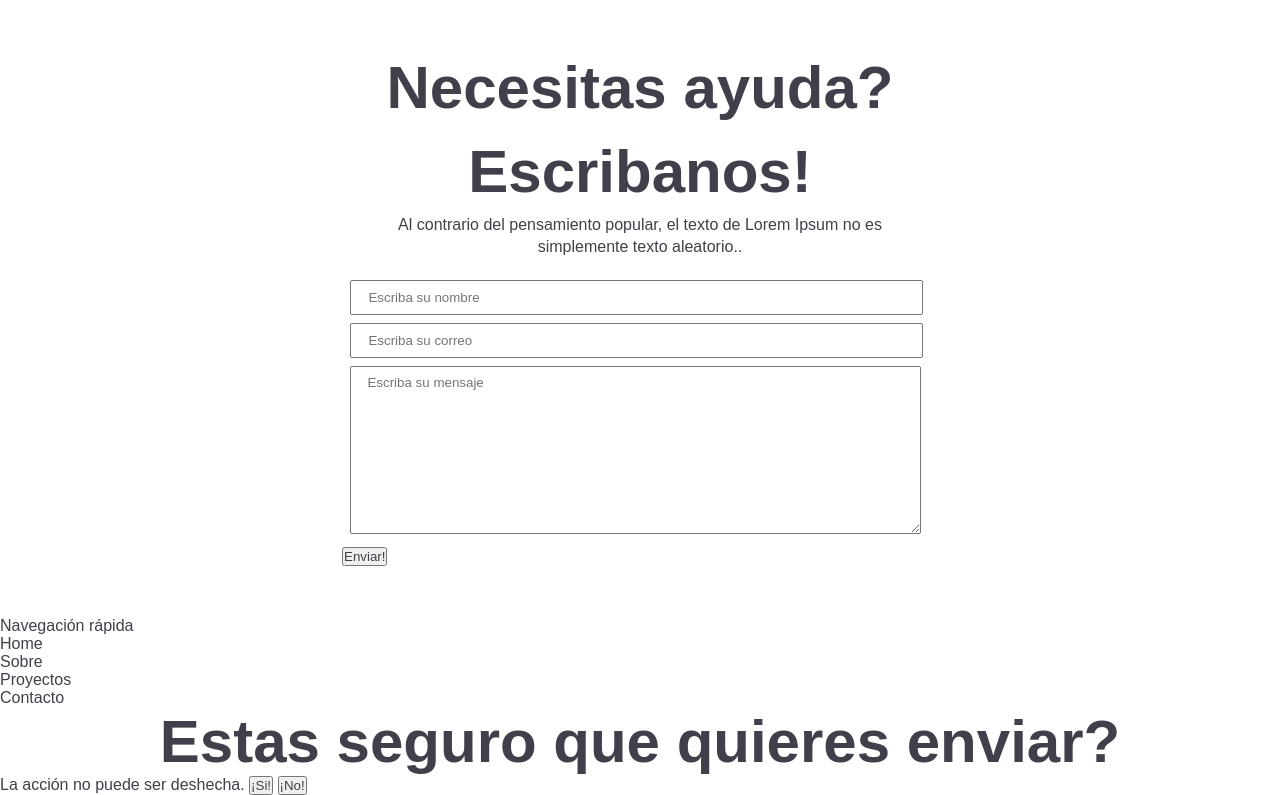
Repository: robsonmarkes/accesibilidad
Page: index.html
An editor plug-in stored every save of this project. The page is shown before and after the next save, followed by the edit.
The browser window is 1280 px wide. The pictures show the part of the page from y = 1369 to 2188 px (the page is 2164 px tall before and 2188 px after).
A picture or video elsewhere on the page could not be fetched, so the positions and the page height are approximate.

Above is the page before, as saved 2022-10-11 10:55:39.

### index.html
<!DOCTYPE html>
<html lang="en">
<head>
    <meta charset="UTF-8">
    <meta http-equiv="X-UA-Compatible" content="IE=edge">
    <meta name="viewport" content="width=device-width, initial-scale=1.0">
    <title>Mi empresa portal</title>
    <link rel="stylesheet" href="style.css">
</head>
<body>
    <!-- wrong way -->
    <div class="wrap">
        <div class="header">
            <a href="http://google.com" class="logo">
                <img src="https://www.pngarts.com/files/3/Logo-PNG-Transparent-Image.png" alt="" srcset="">
            </a>
            <ul>
                <li>
                    <a href="#" target="_blank" rel="noopener noreferrer">Home</a>
                </li>
                <li>
                    <a href="#" target="_blank" rel="noopener noreferrer">Proyectos</a>
                </li>
                <li>
                    <a href="#" target="_blank" rel="noopener noreferrer">Contacto</a>
                </li>
            </ul>
        </div>
        <div class="content">
            <div class="article">
                <h1>Bienvenido!</h1>
                <p>
                    Lorem Ipsum es simplemente el texto de relleno de las imprentas y archivos de texto. Lorem Ipsum ha sido el texto de relleno estándar de las industrias desde el año 1500, cuando un impresor (N. del T. persona que se dedica a la imprenta) desconocido usó una galería de textos y los mezcló de tal manera que logró hacer un libro de textos especimen. No sólo sobrevivió 500 años, sino que tambien ingresó como texto de relleno en documentos electrónicos, quedando esencialmente igual al original. Fue popularizado en los 60s con la creación de las hojas "Letraset", las cuales contenian pasajes de Lorem Ipsum, y más recientemente con software de autoedición, como por ejemplo Aldus PageMaker, el cual incluye versiones de Lorem Ipsum.
                </p>
                <div class="buttons">
                    <button class="primary">Empezar!</button>
                    <button class="secondary">Contacto</button>
                </div>
            </div>
            <hr />
            <div class="article">
                <h1>Nuestra empresa</h1>
                <p>
                    Es un hecho establecido hace demasiado tiempo que un lector se distraerá con el contenido del texto de un sitio mientras que mira su diseño. El punto de usar Lorem Ipsum es que tiene una distribución más o menos normal de las letras, al contrario de usar textos como por ejemplo "Contenido aquí, contenido aquí". Estos textos hacen parecerlo un español que se puede leer. Muchos paquetes de autoedición y editores de páginas web usan el Lorem Ipsum como su texto por defecto, y al hacer una búsqueda de "Lorem Ipsum" va a dar por resultado muchos sitios web que usan este texto si se encuentran en estado de desarrollo. Muchas versiones han evolucionado a través de los años, algunas veces por accidente, otras veces a propósito (por ejemplo insertándole humor y cosas por el estilo).
                </p>
                <img src="https://cdn-dynmedia-1.microsoft.com/is/image/microsoftcorp/O2019-Hero-image-x2:VP1-539x440?resMode=sharp2&op_usm=1.5,0.65,15,0&wid=1920&hei=720&qlt=75&fit=constrain" alt="">
            </div>
            <hr />
            <div class="article">
                <h1>Necesitas ayuda? Escribanos!</h1>
                <p>
                    Al contrario del pensamiento popular, el texto de Lorem Ipsum no es simplemente texto aleatorio..
                </p>
                <form action="">
                    <fieldset>
                        <legend>En formulário de ejemplo</legend>
                        <div class="form-group">
                            <label for="name">nombre:</label>
                            <input type="text" name="name" id="name" placeholder="Escriba su nombre">
                        </div>
                        <div class="form-group">
                            <label for="email">correo:</label>
                            <input type="text" name="email" id="email" placeholder="Escriba su correo">
                        </div>
                        <div class="form-group">
                            <label for="message">mensaje:</label>
                            <textarea name="message" id="message" cols="30" rows="10" placeholder="Escriba su mensaje"></textarea>
                        </div>
                        <button>Enviar!</button>
                    </fieldset>
                </form>
            </div>
        </div>
        <div class="footer">
            <span>Navegación rápida</span>
            <ul>
                <li>
                    <a href="#" target="_blank" rel="noopener noreferrer">Home</a>
                </li>
                <li>
                    <a href="#" target="_blank" rel="noopener noreferrer">Sobre</a>
                </li>
                <li>
                    <a href="#" target="_blank" rel="noopener noreferrer">Proyectos</a>
                </li>
                <li>
                    <a href="#" target="_blank" rel="noopener noreferrer">Contacto</a>
                </li>
            </ul>
        </div>
        <div class="modal">
            <h2 class="title">Estas seguro que quieres enviar?</h2>
            <span>La acción no puede ser deshecha.</span>
            <button>¡Si!</button>
            <button>¡No!</button>
        </div>
    </div>
</body>
</html>

### style.css
:root {
    --primary-bg: rgb(81, 101, 228);
    --primary-color: #fff;
    --secondary-bg: #ffffff;
    --secondary-color: rgb(64, 64, 74);
    --body-bg: rgb(64, 64, 74);
    --transition-time: 0.2s;
  }

body, * {
    margin: 0;
    padding: 0;
    list-style-type: none;
    text-decoration: none;
    font-family:Arial, Helvetica, sans-serif;
    color: var(--secondary-color);
}

body a:hover {
    color: var(--primary-color);
}

.wrap {
    width: 100%;
    height: auto;
    margin: 0 auto;

}

.wrap .header {
    display: flex;
    align-items: center;
    background-color: var(--primary-bg);
}

.wrap .header  img {
    filter: invert(100%);
    height: 64px;
}

.wrap .header ul {
    display: flex;
}
.wrap .header ul li {
    padding: 1rem;
}
.wrap .header a {
    color: var(--primary-color);
}

.wrap .content {
    width: 100%;
    min-width: 400px;
    margin: 0;
}

.wrap .content .article {
    margin: 0 auto;
    padding: 64px 0 48px;
    max-width: 600px;
    line-height: 1.4;
}

.wrap .content .article h1, h2, h3 {
    font-size: 3.75rem;
    padding-bottom: 0.35;
    text-align: center;
}

.wrap .content .article p {
    font-size: 1rem;
    text-align: center;
    padding: 0 1rem 1rem;
}

.wrap .content .article img {
    margin: 0 auto;
    max-width: 100%;
    padding: 1rem;
}

.wrap .content .article .buttons {
    max-width: 220px;
    margin: 0 auto;
    display: flex;
}

.wrap .content .article .buttons button {
    font-size: 1rem;
    padding: 0.5rem 1rem;
    margin: 4px;
    border: 2px solid;
    border-radius: 4px;
    cursor: pointer;
    background-color: transparent;
}

.wrap .content .article .buttons button.primary {
    background-color: var(--primary-color);
    color: var(--primary-bg);
    transition: var(--transition-time) background-color;
}

.wrap .content .article .buttons button.primary:hover {
    background-color: var(--primary-bg);
    color: var(--primary-color);
    border-color: var(--primary-bg);
}

.wrap .content .article .buttons button.secondary {
    background-color: var(--secondary-color);
    color: var(--secondary-bg);
    border-color: var(--secondary-color);
    transition: var(--transition-time) background-color;
}

.wrap .content .article .buttons button.secondary:hover {
    background-color: var(--secondary-bg);
    color: var(--secondary-color);
    border-color: var(--secondary-color);
}

.wrap .content .article form {
    width: 100%;
    margin: 0 auto;
}

.wrap .content .article form fieldset {
    border-color: transparent;
}

.wrap .content .article form fieldset legend {
    opacity: 0;
    font-size: 0px;
}

.wrap .content .article form .form-group {
    display: block;
}

.wrap .content .article form .form-group label {
    opacity: 0;
    font-size: 0px;
}

.wrap .content .article form .form-group input, .wrap .content .article form .form-group textarea {
    padding: 0.5rem 1rem;
    margin: 4px;
    width: 90%;

}

After the next save:
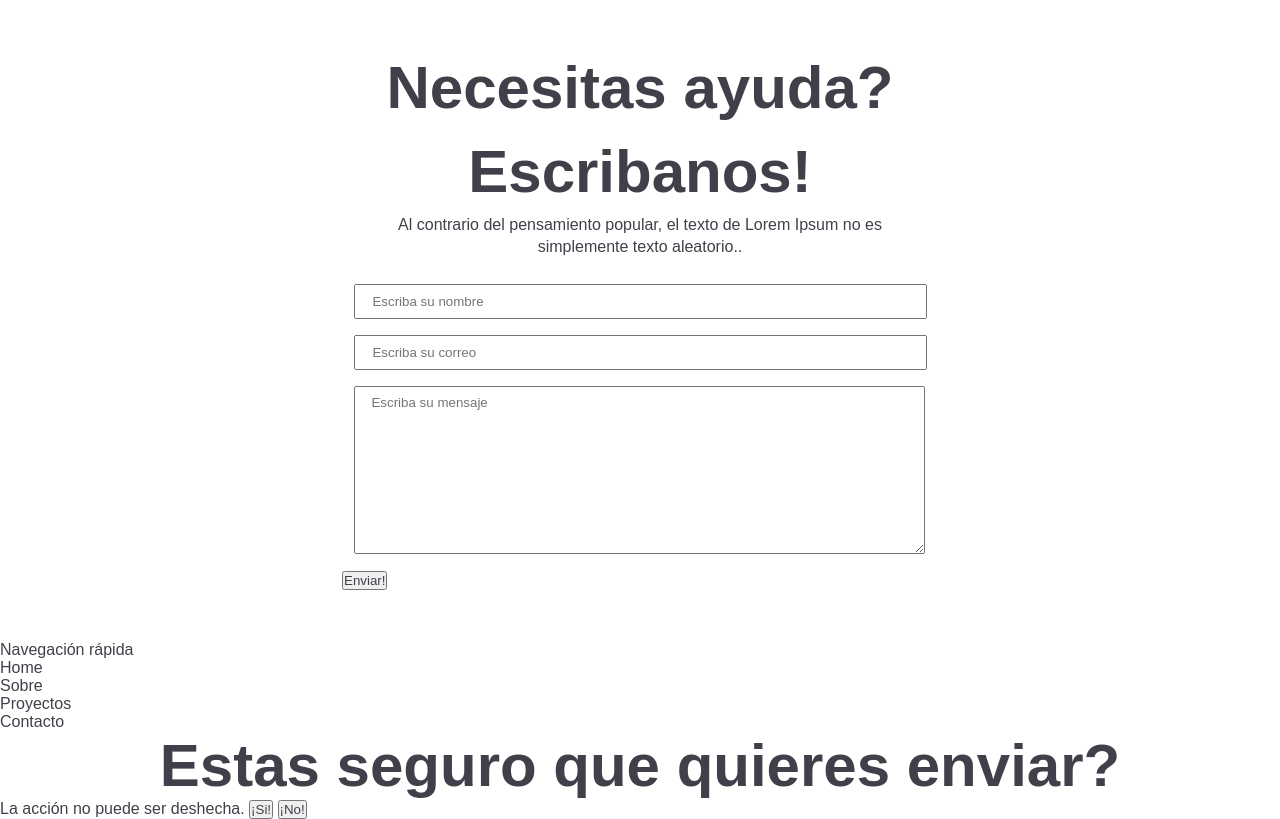
Saved 12 s later.
--- a/style.css
+++ b/style.css
@@ -145,7 +145,7 @@ body a:hover {
 
 .wrap .content .article form .form-group input, .wrap .content .article form .form-group textarea {
     padding: 0.5rem 1rem;
-    margin: 4px;
+    margin: 0.5rem;
     width: 90%;
 
 }
